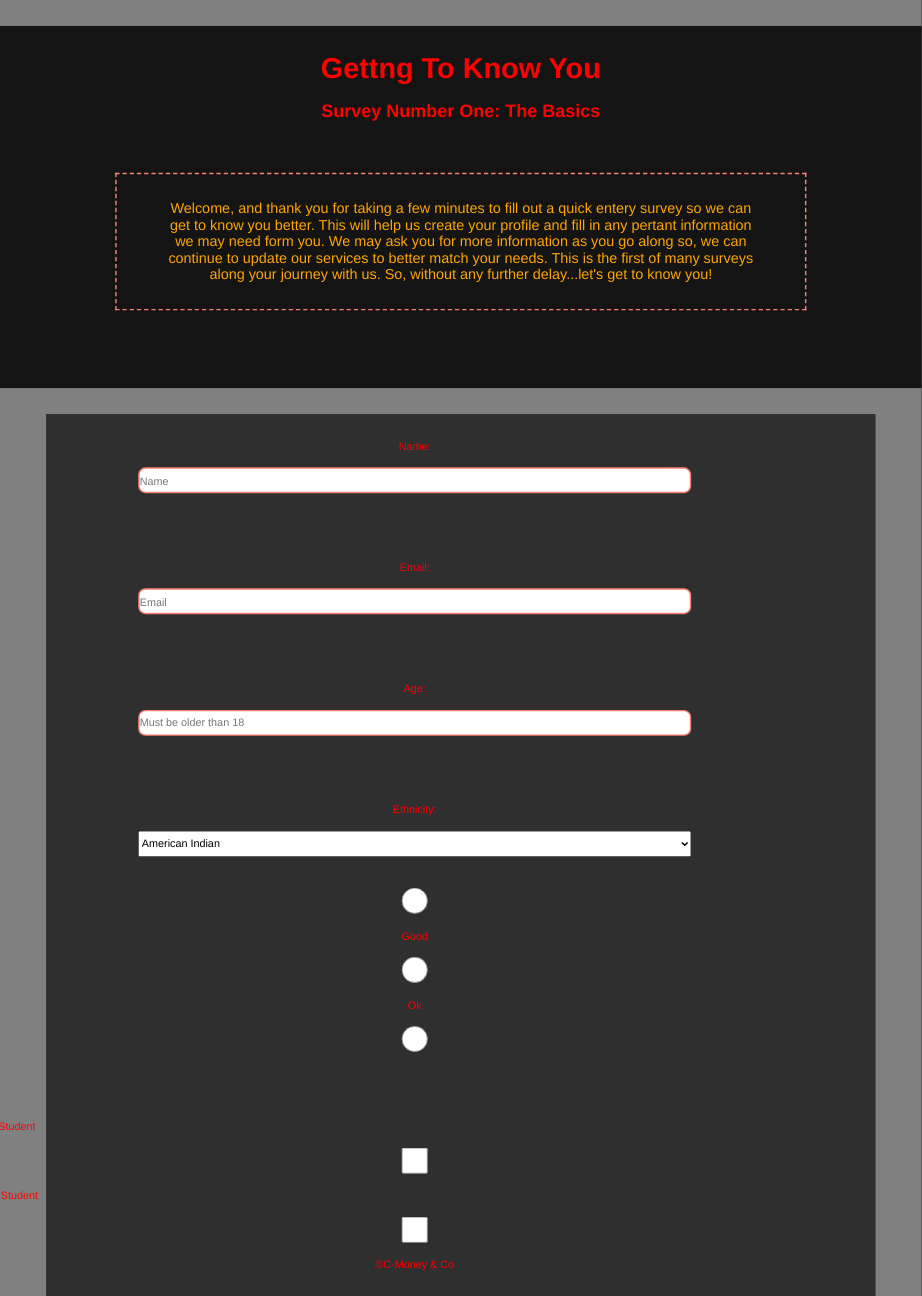
Repository: ctcoleman/surveyForm
Page: index.html
An editor plug-in stored every save of this project. The page is shown before and after a run of saves, followed by the edit.
The browser window is 1280 px wide. The pictures show the whole page, at 72% of full size.

Above is the page before, as saved 2020-06-28 21:31:10.
Console error: TypeError: Cannot read properties of null (reading 'addEventListener')

After the next 3 saves:
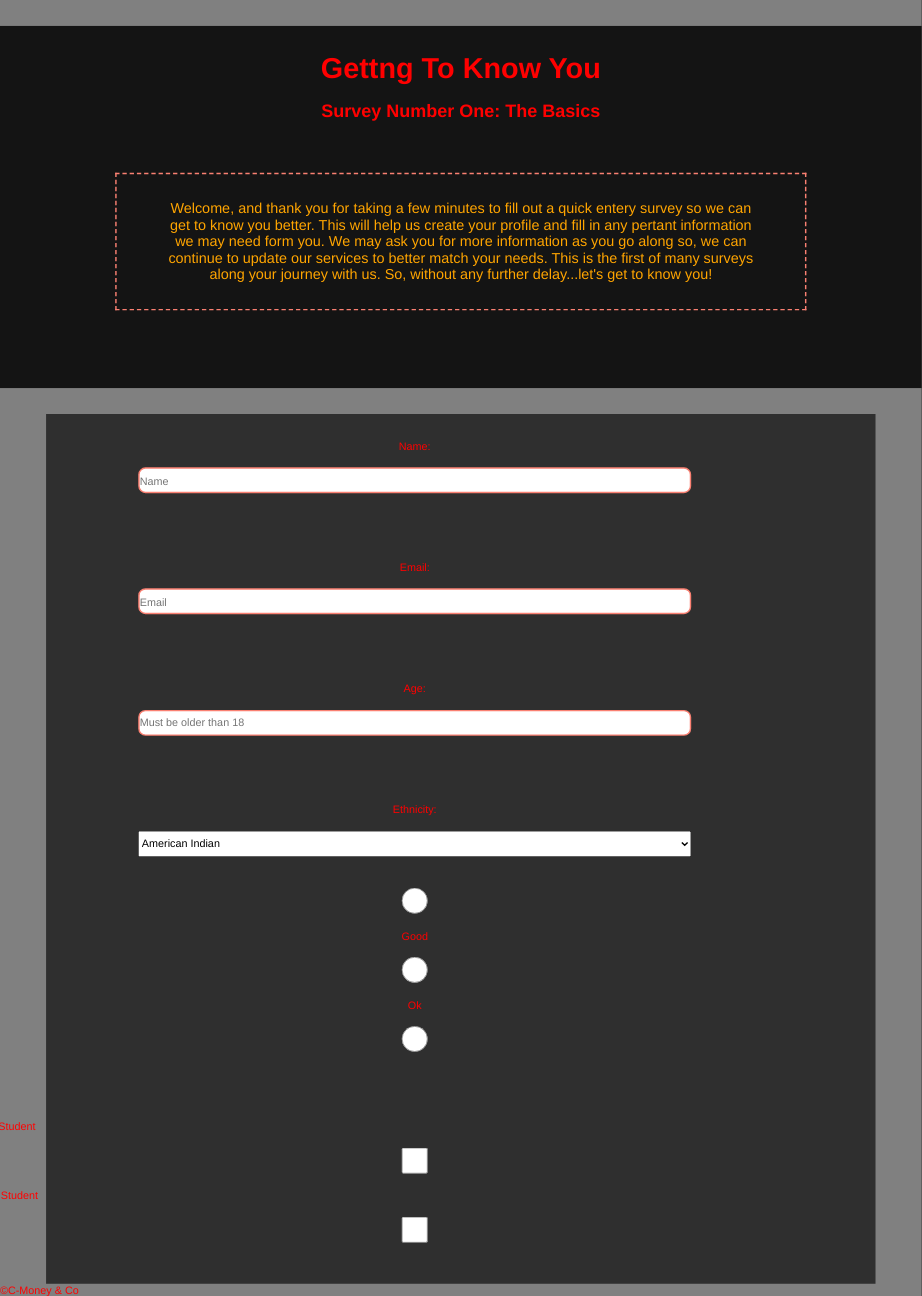
The 3 saves are shown as one change because they came seconds apart.
The last was saved 12 s later.
--- a/index.html
+++ b/index.html
@@ -84,7 +84,7 @@
         </div>
         <div id="partTimeStudentCheck">
           <label for="partTimeStudent">Part-time Student</label>
-          <input type="checkbox" id="partTimeStudent" name="Part-time Student" value="f"
+          <input type="checkbox" id="partTimeStudent" name="Part-time Student" value="Part-time Student">
         </div>
       </div>
     </form>

After the save that followed:
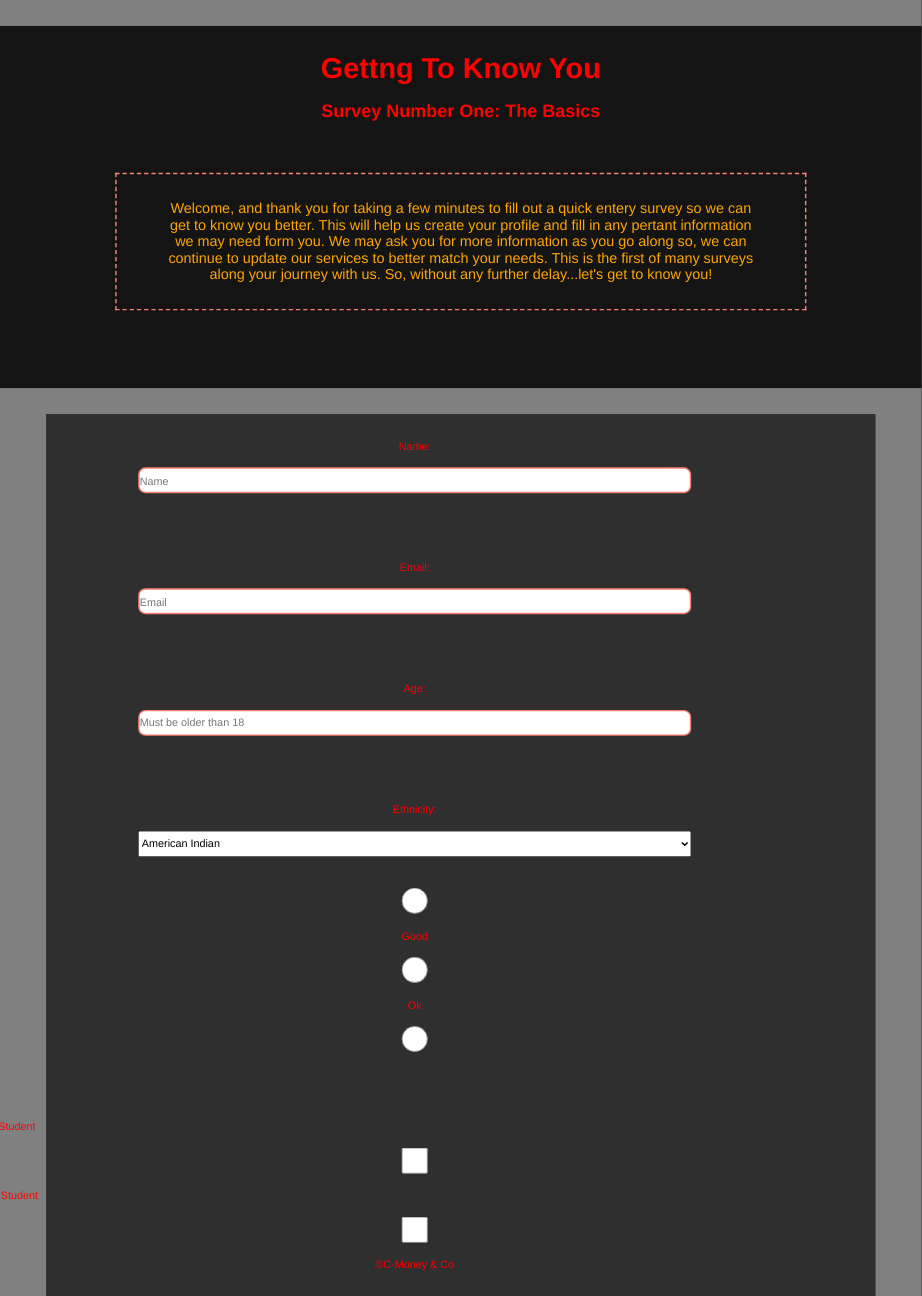
Saved 6 s later.
--- a/index.html
+++ b/index.html
@@ -86,6 +86,7 @@
           <label for="partTimeStudent">Part-time Student</label>
           <input type="checkbox" id="partTimeStudent" name="Part-time Student" value="Part-time Student">
         </div>
+        <div id
       </div>
     </form>
 
